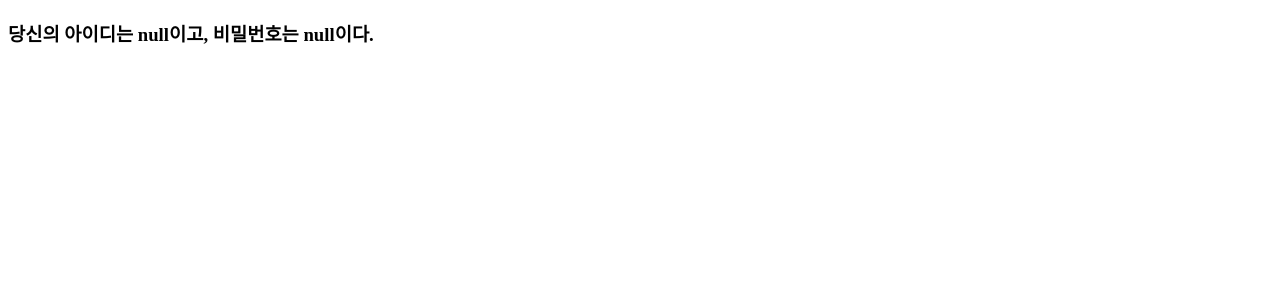
Repository: lhk21go-commits/Jsp2026
Page: http://localhost/chapter01/Request/RequestLoginProc.jsp
The author's editor kept a copy of each file at every save. The page is drawn from the files as they stood at one save, then again after the next save.
The browser window is 1280 px wide. The pictures show the whole page.
The page is served by Tomcat 9.

Above is the page before, as saved 2026-10-19 06:14:37.

### chapter01/src/main/webapp/Request/RequestLoginProc.jsp
<%@ page language="java" contentType="text/html; charset=UTF-8"
    pageEncoding="UTF-8"%>
<!DOCTYPE html>
<html>
<head>
<meta charset="UTF-8">
<title>Insert title here</title>
</head>
<body>
	<!-- post방식으로 정보를 전달할때 한글의 깨짐 현상방지 코드
		자바코드를 작성할 때는 스크립트 요소 중 하나인 스크립트릿을 이용한다.
		RequestLoginProc.jsp는 로그인 처리 페이지이다.
	 -->
	 <%
	 	request.setCharacterEncoding("utf-8");

	 	// request의 내장 객체에 getParameter("name")메소드를
	 	// 이용하여 form에 입력한 정보를 꺼내올 수 있다.
	 	// 단, request.getParameter("name")의 반환 데이터타입은 String이다

	 	// id라는 name을 가진 input의 정보를 getParameter()를 통해 꺼내서
	 	// id변수에 저장한다.
	 	String id = request.getParameter("id");
	 	String pass = request.getParameter("pass");
	 	%>

	 	<h3>당신의 아이디는 <%= id %>이고, 비밀번호는 <%= pass %>이다.</h3>

</body>
</html>

After the next save:
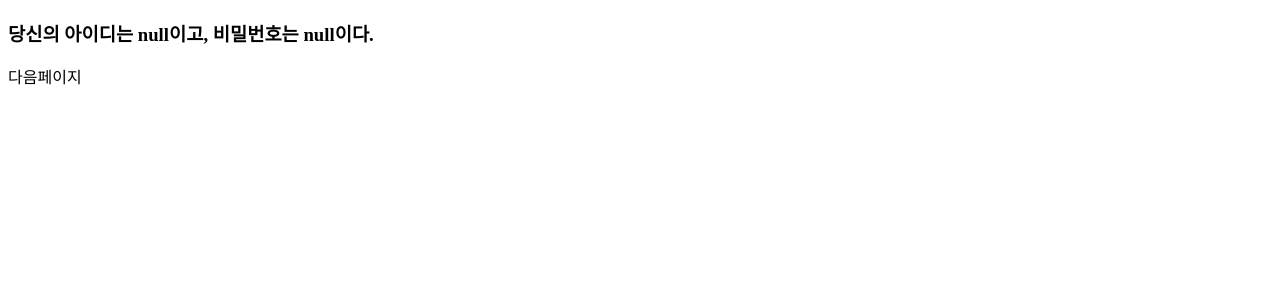
Saved 4 s later.
--- a/chapter01/src/main/webapp/Request/RequestLoginProc.jsp
+++ b/chapter01/src/main/webapp/Request/RequestLoginProc.jsp
@@ -25,6 +25,8 @@
 	 	%>
 
 	 	<h3>당신의 아이디는 <%= id %>이고, 비밀번호는 <%= pass %>이다.</h3>
+	 	<a herf="RequestForward.jsp">다음페이지</a>
+
 
 </body>
 </html>
